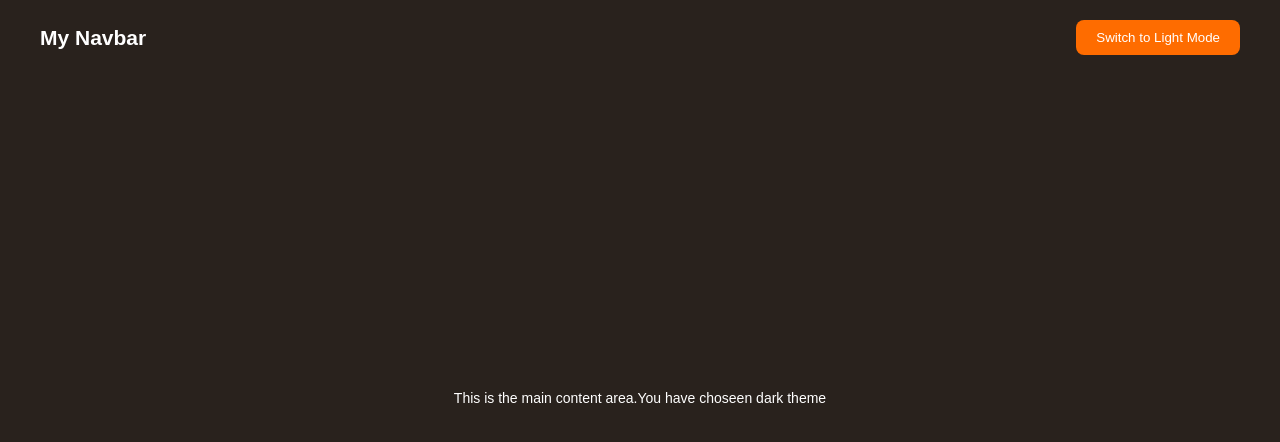
Repository: HenrryWith2Rs/DarkLightTheme
Page: /
An editor plug-in stored every save of this project. The page is shown before and after the next save, followed by the edit.
The browser window is 1280 px wide. The pictures show the whole page.
Some web fonts or font styles are not loaded; a fallback is used. The project was rebuilt for these pictures with package versions that can differ from the ones it lists, and the page was loaded fresh each time. Also part of the build but not shown: vite.config.js.

Above is the page before, as saved 2024-09-25 13:38:48.

### src/main.jsx
import { StrictMode } from 'react';
import { createRoot } from 'react-dom/client';
import App from './App.jsx';
import { ThemeProvider } from './context/ThemeContext.jsx';

createRoot(document.getElementById('root')).render(
  <StrictMode>
    <ThemeProvider>
      <App />
    </ThemeProvider>
  </StrictMode>
);

### src/App.jsx
// src/App.jsx
import React, { useContext } from 'react';
import Navbar from './components/Navbar';
import { ThemeContext } from './context/ThemeContext';
import './App.css';

function App() {
  const { theme } = useContext(ThemeContext);

  return (
    <div className={`App ${theme}`}>
      <Navbar />
      <main>
        <p>This is the main content area.</p>
        <p>You have choseen {theme} theme</p>
      </main>
    </div>
  );
}

export default App;

### src/context/ThemeContext.jsx
// src/context/ThemeContext.jsx
import { useState, createContext } from 'react';

// Create a context with default value 'dark'
export const ThemeContext = createContext();

export const ThemeProvider = ({ children }) => {
  const [theme, setTheme] = useState('dark');

  const toggleTheme = () => {
    setTheme((prevTheme) => (prevTheme === 'dark' ? 'light' : 'dark'));
  };

  return <ThemeContext.Provider value={{ theme, toggleTheme }}>{children}</ThemeContext.Provider>;
};

### src/components/Navbar.jsx
// src/components/Navbar.jsx
import React, { useContext } from 'react';
import { ThemeContext } from '../context/ThemeContext';
import './Navbar.css';

const Navbar = () => {
  const { theme, toggleTheme } = useContext(ThemeContext);

  return (
    <nav className={`navbar ${theme}`}>
      <h1>My Navbar</h1>
      <button onClick={toggleTheme} className="toggle-button">
        {theme === 'light' ? 'Switch to Dark Mode' : 'Switch to Light Mode'}
      </button>
    </nav>
  );
};

export default Navbar;

### src/App.css
@import url('https://fonts.googleapis.com/css2?family=Bai+Jamjuree:ital,wght@0,200;0,300;0,400;0,500;0,600;0,700;1,200;1,300;1,400;1,500;1,600;1,700&display=swap');

* {
  padding: 0;
  margin: 0;
  box-sizing: border-box;
}

/* Design tokens (global variables for colors) */
:root {
  --clr-primary: #29221d;
  --clr-primar-light: #473b33;
  --clr-secondary: #1e1611;
  --clr-white: #fff;
  --clr-black: #000;
  --clr-pumpkin: #fe6c00;
  --clr-silver: #a8a5a6;
  --clr-silver-v1: #bdbabb;
  --clr-scarlet: #fe1e00;
  --clr-scarlet-v1: rgb(254, 30, 0, 0.79);
  --clr-green: #00fe93;
  --clr-yellow: #fec80a;
  --clr-jet: #302924;
  --clr-peach: #ffc397;
  --font-family-bai: 'Bai Jamjuree', sans-serif;
  --transition-default: all 300ms ease-in-out;

  /* Default theme (Dark Mode as default) */
  --bg-color: var(--clr-primary); /* Background */
  --text-color: var(--clr-white); /* Text color */
  --accent-color: var(--clr-green); /* Accent for buttons/links */
}

/* Global styling */
body {
  font-family: var(--font-family-bai);
  background-color: var(--bg-color); /* Use variable for background */
  color: var(--text-color); /* Use variable for text color */
  transition: var(--transition-default);
}

.App {
  min-height: 100vh;
  display: flex;
  flex-direction: column;
}

/* Ensure main uses theme variables */
main {
  background-color: var(--bg-color); /* Apply theme-based background */
  color: var(--text-color); /* Apply theme-based text color */
  flex: 1; /* Ensure it fills available space */
  display: flex;
  justify-content: center;
  align-items: center;
  padding: 20px;
}

/* Light mode variables */
.App.light {
  --bg-color: var(--clr-white); /* Light background */
  --text-color: var(--clr-black); /* Light text */
  --accent-color: var(--clr-pumpkin); /* Light accent color */
}

/* Dark mode variables */
.App.dark {
  --bg-color: var(--clr-primary); /* Dark background */
  --text-color: var(--clr-white); /* Dark text */
  --accent-color: var(--clr-green); /* Dark accent color */
}

/* General styles */
ul {
  list-style-type: none;
}

a {
  color: var(--accent-color);
  text-decoration: none;
}

button {
  background-color: transparent;
  border: none;
  cursor: pointer;
}

.img-fit-cover img {
  width: 100%;
  height: 100%;
  object-fit: cover;
}

.bg-jet {
  background: var(--clr-jet);
}

.text-sm {
  font-size: 14px;
}

.lg-value {
  font-size: 24px;
  font-weight: 600;
}

@media screen and (max-width: 1400px) {
  .grid-common {
    padding: 16px;
  }
  body {
    font-size: 14px !important;
  }
}

### src/components/Navbar.css
.navbar {
  display: flex;
  justify-content: space-between;
  align-items: center;
  padding: 20px 40px;
  background-color: var(--clr-primary); /* Using your primary color */
  color: var(--clr-white); /* Using white text color */
  font-family: var(--font-family-bai); /* Using the Bai Jamjuree font */
  transition: var(--transition-default); /* Applying your default transition */
}

.toggle-button {
  background-color: var(--clr-pumpkin); /* Highlight with pumpkin color */
  color: var(--clr-white);
  padding: 10px 20px;
  border-radius: 8px;
  border: none;
  cursor: pointer;
  transition: var(--transition-default);
}

.toggle-button:hover {
  background-color: var(--clr-scarlet); /* Change to scarlet on hover */
}

.navbar.light {
  background-color: var(--clr-white); /* Light mode background */
  color: var(--clr-black); /* Text color for light mode */
}

.navbar.light .toggle-button {
  background-color: var(--clr-silver); /* Light button color in light mode */
  color: var(--clr-black);
}

.navbar.light .toggle-button:hover {
  background-color: var(--clr-scarlet-v1); /* Scarlet variant for hover */
}

Loaded but not shown: index.html (common file)

After the next save:
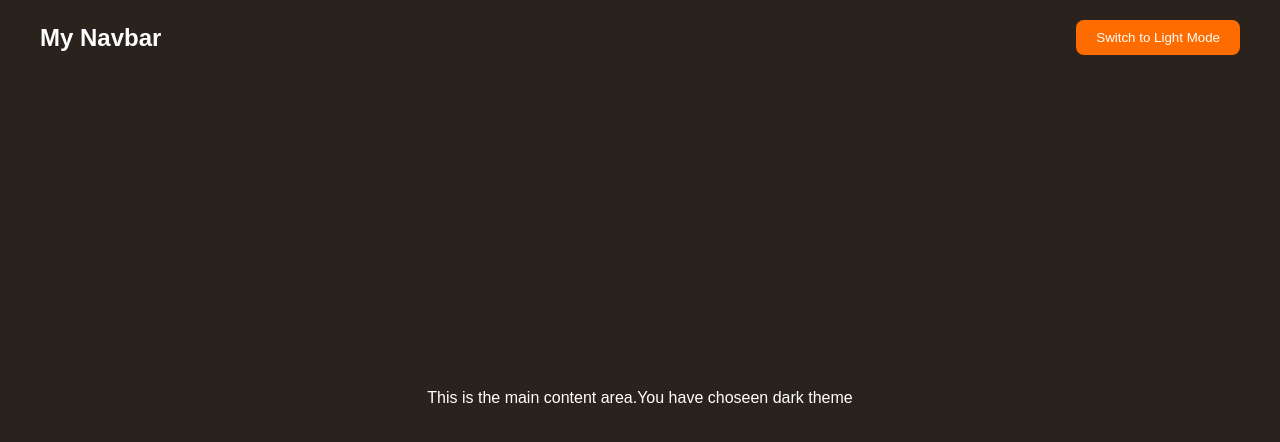
Saved 9 min 36 s later.
--- a/src/App.css
+++ b/src/App.css
@@ -1,31 +1,24 @@
-@import url('https://fonts.googleapis.com/css2?family=Bai+Jamjuree:ital,wght@0,200;0,300;0,400;0,500;0,600;0,700;1,200;1,300;1,400;1,500;1,600;1,700&display=swap');
+@import url('https://fonts.googleapis.com/css2?family=Bai+Jamjuree:wght@200;300;400;500;600;700&display=swap');
 
+/* Reset and global box-sizing */
 * {
   padding: 0;
   margin: 0;
   box-sizing: border-box;
 }
 
-/* Design tokens (global variables for colors) */
+/* Design tokens (global variables) */
 :root {
   --clr-primary: #29221d;
-  --clr-primar-light: #473b33;
   --clr-secondary: #1e1611;
   --clr-white: #fff;
   --clr-black: #000;
   --clr-pumpkin: #fe6c00;
-  --clr-silver: #a8a5a6;
-  --clr-silver-v1: #bdbabb;
-  --clr-scarlet: #fe1e00;
-  --clr-scarlet-v1: rgb(254, 30, 0, 0.79);
   --clr-green: #00fe93;
-  --clr-yellow: #fec80a;
-  --clr-jet: #302924;
-  --clr-peach: #ffc397;
   --font-family-bai: 'Bai Jamjuree', sans-serif;
   --transition-default: all 300ms ease-in-out;
 
-  /* Default theme (Dark Mode as default) */
+  /* Default dark theme */
   --bg-color: var(--clr-primary); /* Background */
   --text-color: var(--clr-white); /* Text color */
   --accent-color: var(--clr-green); /* Accent for buttons/links */
@@ -34,8 +27,8 @@
 /* Global styling */
 body {
   font-family: var(--font-family-bai);
-  background-color: var(--bg-color); /* Use variable for background */
-  color: var(--text-color); /* Use variable for text color */
+  background-color: var(--bg-color);
+  color: var(--text-color);
   transition: var(--transition-default);
 }
 
@@ -45,71 +38,40 @@ body {
   flex-direction: column;
 }
 
-/* Ensure main uses theme variables */
+/* Main content styling */
 main {
-  background-color: var(--bg-color); /* Apply theme-based background */
-  color: var(--text-color); /* Apply theme-based text color */
-  flex: 1; /* Ensure it fills available space */
+  background-color: var(--bg-color);
+  color: var(--text-color);
+  flex: 1;
   display: flex;
   justify-content: center;
   align-items: center;
   padding: 20px;
 }
 
-/* Light mode variables */
+/* Light theme */
 .App.light {
-  --bg-color: var(--clr-white); /* Light background */
-  --text-color: var(--clr-black); /* Light text */
-  --accent-color: var(--clr-pumpkin); /* Light accent color */
+  --bg-color: var(--clr-white);
+  --text-color: var(--clr-black);
+  --accent-color: var(--clr-pumpkin);
 }
 
-/* Dark mode variables */
+/* Dark theme */
 .App.dark {
-  --bg-color: var(--clr-primary); /* Dark background */
-  --text-color: var(--clr-white); /* Dark text */
-  --accent-color: var(--clr-green); /* Dark accent color */
+  --bg-color: var(--clr-primary);
+  --text-color: var(--clr-white);
+  --accent-color: var(--clr-green);
 }
 
-/* General styles */
-ul {
-  list-style-type: none;
-}
-
-a {
-  color: var(--accent-color);
-  text-decoration: none;
-}
-
+/* Button styles */
 button {
   background-color: transparent;
   border: none;
   cursor: pointer;
 }
 
-.img-fit-cover img {
-  width: 100%;
-  height: 100%;
-  object-fit: cover;
+/* Link styles */
+a {
+  color: var(--accent-color);
+  text-decoration: none;
 }
-
-.bg-jet {
-  background: var(--clr-jet);
-}
-
-.text-sm {
-  font-size: 14px;
-}
-
-.lg-value {
-  font-size: 24px;
-  font-weight: 600;
-}
-
-@media screen and (max-width: 1400px) {
-  .grid-common {
-    padding: 16px;
-  }
-  body {
-    font-size: 14px !important;
-  }
-}
